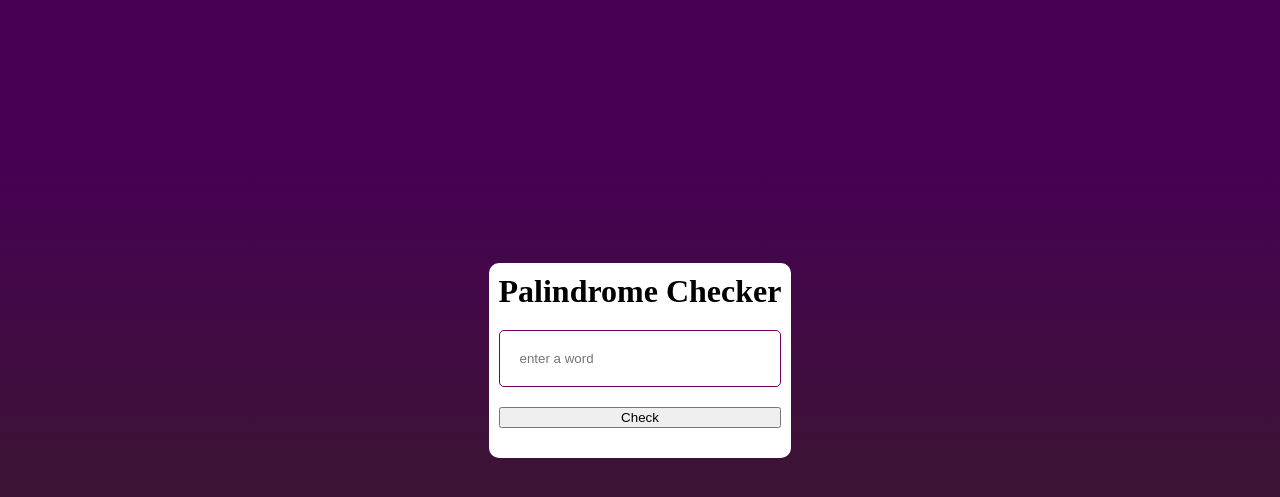
Repository: albinsabu2023/palindromeChecker
Page: index.html
An editor plug-in stored every save of this project. The page is shown before and after the next save, followed by the edit.
The browser window is 1280 px wide. The pictures show the whole page.

Above is the page before, as saved 2023-09-12 01:18:51.

### index.html
<!DOCTYPE html>
<html lang="en">
<head>
    <meta charset="UTF-8">
    <meta name="viewport" content="width=device-width, initial-scale=1.0">
    <title>Document</title>
    <link rel="stylesheet" href="style.css">
</head>
<body>
    <div class="container">
        <h1>Palindrome Checker</h1>
        <input type="text" id="inputText" placeholder="enter a word">
        <button id="checkButton">Check</button>
        <div id="result">

        </div>
    </div>
    <script src="home.js"></script>
</body>
</html>

### style.css
*{
    margin:0;

}
body{
    display: flex;
    align-items: center;
    justify-content: center;
    height: 100vh;
    background:linear-gradient(rgb(72, 0, 85) 20%, rgb(58, 22, 48) 74%) ;
}
.container{
    padding: 10px;
    margin: 10px;
    background-color: white;
    border-radius: 10px;
    display: flex;
    flex-direction: column ;
    gap: 20px;
}
.container input{
    border:1px solid rgb(117, 3, 100);
    border-radius: 5px;
    padding: 20px;
}

Loaded but not shown: home.js (no copy from this time; the picture is the same without it)

After the next save:
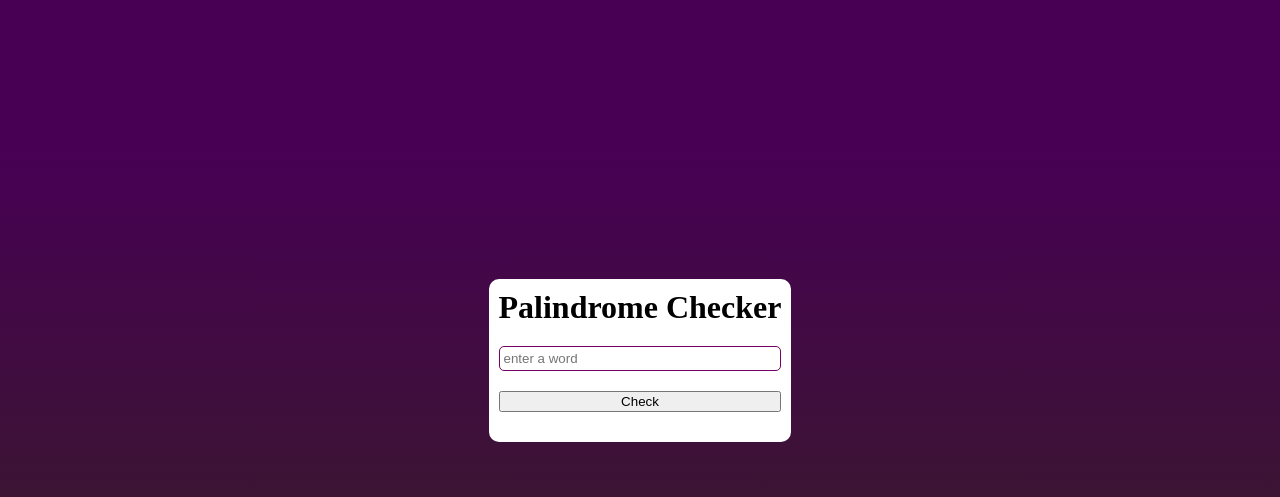
Saved 5 s later.
--- a/style.css
+++ b/style.css
@@ -21,5 +21,5 @@ body{
 .container input{
     border:1px solid rgb(117, 3, 100);
     border-radius: 5px;
-    padding: 20px;
+    padding: 4px;
 }
